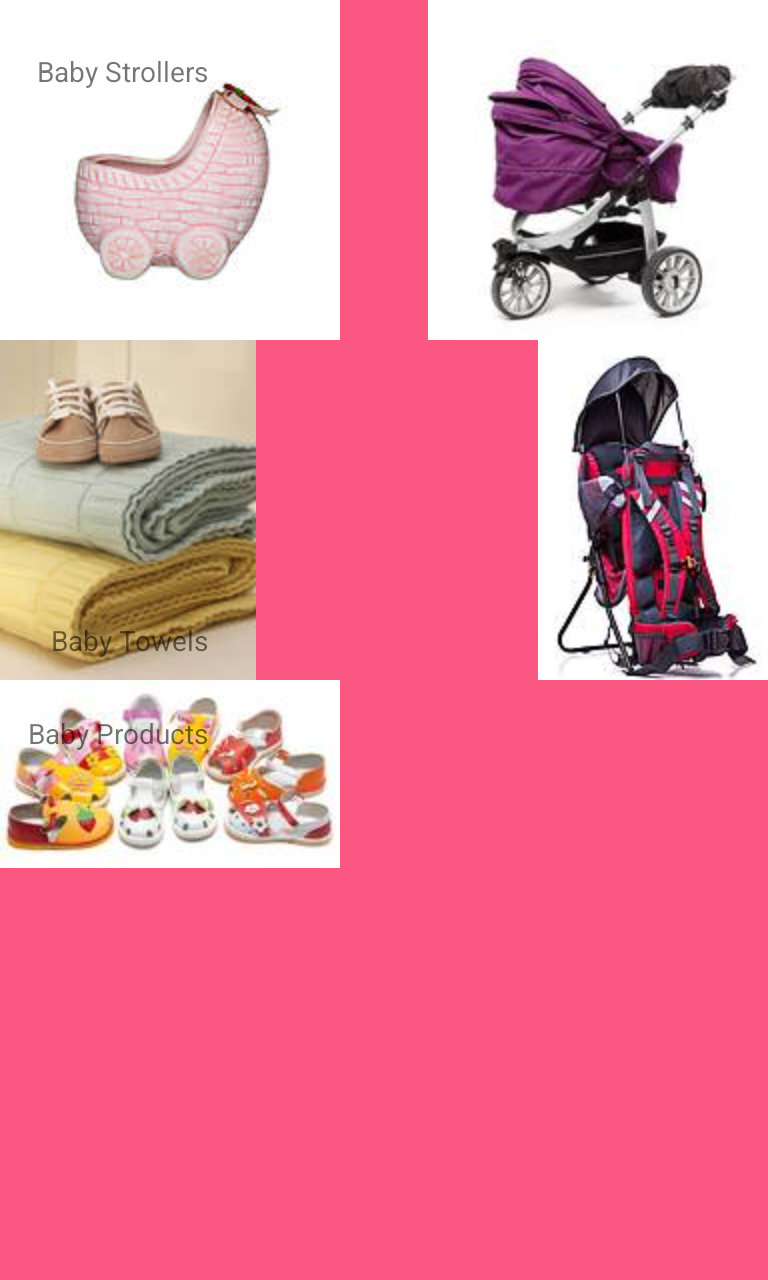
Repository: Clarenaliaka/code-challenge
Layout: ModernMum/res/layout/advert.xml
These files come from the project's save history. The layout is drawn as it stood at one moment and after the next save; the edit follows.
It is drawn on a 768 x 1280 px phone screen (xhdpi) without system bars, with theme AppTheme; the app's code is not run.

Above is the layout before, as saved 2014-08-03 11:02:48.

### ModernMum/res/layout/advert.xml
<?xml version="1.0" encoding="utf-8"?>
<RelativeLayout xmlns:android="http://schemas.android.com/apk/res/android"
    android:layout_width="match_parent"
    android:layout_height="fill_parent"
    android:background="@color/pink"
    android:orientation="vertical" >

    <ImageButton
        android:id="@+id/ibstroller"
        android:layout_width="wrap_content"
        android:layout_height="wrap_content"
        android:layout_alignParentLeft="true"
        android:layout_alignParentTop="true"
        android:background="@null"
        android:src="@drawable/co" />

    <ImageButton
        android:id="@+id/ibbaby"
        android:layout_width="wrap_content"
        android:layout_height="wrap_content"
        android:layout_alignParentRight="true"
        android:layout_alignParentTop="true"
        android:background="@null"
        android:src="@drawable/baby" />

     <ImageButton
         android:id="@+id/ibnipo"
         android:layout_width="wrap_content"
         android:layout_height="wrap_content"
         android:layout_alignParentLeft="true"
         android:layout_below="@+id/ibstroller"
         android:background="@null"
         android:src="@drawable/clo"
         />

     <ImageButton
         android:id="@+id/ibca"
         android:layout_width="wrap_content"
         android:layout_height="wrap_content"
         android:layout_alignParentRight="true"
         android:layout_below="@+id/ibbaby"
         android:background="@null"
         android:src="@drawable/ca" />

     <ImageButton
         android:id="@+id/ibsa"
         android:layout_width="wrap_content"
         android:layout_height="wrap_content"
         android:layout_alignParentLeft="true"
         android:layout_below="@+id/ibnipo"
         android:background="@null"
         android:src="@drawable/sa" />

      <TextView
         android:id="@+id/textView1"
         android:layout_width="wrap_content"
         android:layout_height="wrap_content"
         android:layout_alignParentTop="true"
         android:layout_alignRight="@+id/ibnipo"
         android:layout_marginRight="24dp"
         android:layout_marginTop="26dp"
         android:text="@string/stroller" />

     <TextView
         android:id="@+id/textView2"
         android:layout_width="wrap_content"
         android:layout_height="wrap_content"
         android:layout_alignRight="@+id/textView1"
         android:layout_alignTop="@+id/ibsa"
         android:layout_marginTop="17dp"
         android:text="@string/baby" />

     <TextView
         android:id="@+id/textView3"
         android:layout_width="wrap_content"
         android:layout_height="wrap_content"
         android:layout_alignRight="@+id/textView2"
         android:layout_centerVertical="true"
         android:text="@string/nipo" />



</RelativeLayout>

### ModernMum/res/values/color.xml
<?xml version="1.0" encoding="utf-8"?>
<resources>
    <color name="green">#660</color>
<color name="white">#FFFFFF</color>
<color name="black">#000000</color>
<color name="red">#FA5858</color>
<color name="brown">#2A120A</color>
<color name="grew">#151515</color>
<color name="blue">#4E3B6F</color>
<color name="purple">#AA18A3</color>
<color name="darkbrown">#AA4B18</color>
<color name="orange">#ff6633</color>
<color name="lightpink">#FFB6C1</color>
<color name="pink">#FA5882</color>
</resources>

### ModernMum/res/values/strings.xml
<?xml version="1.0" encoding="utf-8"?>
<resources>

    <string name="app_name">ModernMum</string>
    <string name="btnregister">Register</string>
    <string name="action_settings">Settings</string>
    <string name="btnlogin">Login</string>
    <string name="first">First Name</string>
    <string name="last">Last Name</string>
    <string name="email">Email Address</string>
    <string name="Password">Password</string>
    <string name="phone">Phone Number</string>
    <string name="loce">Location</string>
    <string name="title_activity_register_screen">RegisterScreenActivity</string>
    <string name="hello_world">Hello world!</string>
    <string name="title_activity_login_screen">LoginScreenActivity</string>
    <string name="btnsubmit">Submit</string>
    <string name="btnback">back</string>
    <string name="des">show password</string>
    <string name="stroller">Baby Strollers</string>
    <string name="nipo">Baby Towels</string>
    <string name="diaper">Sandals</string>

    <string-array name="modern">
        <item>location</item>
        <item>Westlands</item>
        <item>Ngong road</item>
        <item>Loresho</item>
        <item>Kasarani</item>
        <item>Karen</item>
        <item>langata</item>
        <item>Mt.View</item>
        <item>Uthiru</item>
        <item>Parklands</item>
        <item>Upper Hill</item>
        <item>Nairobi West</item>
        <item>South B</item>
        <item>South C</item>
    </string-array>

    <string name="title_activity_advert_screen">AdvertScreenActivity</string>
    <string name="baby">Baby Products</string>
    <string name="title_activity_home_screen">HomeScreenActivity</string>
    <string name="btnadvert">Advertise</string>
    <string name="btnchat">Chat</string>
    <string name="btntips">Tips</string>
    <string name="btnbuy">Buy</string>
    <string name="title_activity_chat">ChatActivity</string>
    <string name="title_activity_contact_screen">ContactScreenActivity</string>

</resources>

Loaded but not shown: ModernMum/res/values/styles.xml (common file); ModernMum/res/values-v11/styles.xml (common file); ModernMum/res/values-v14/styles.xml (common file)

After the next save:
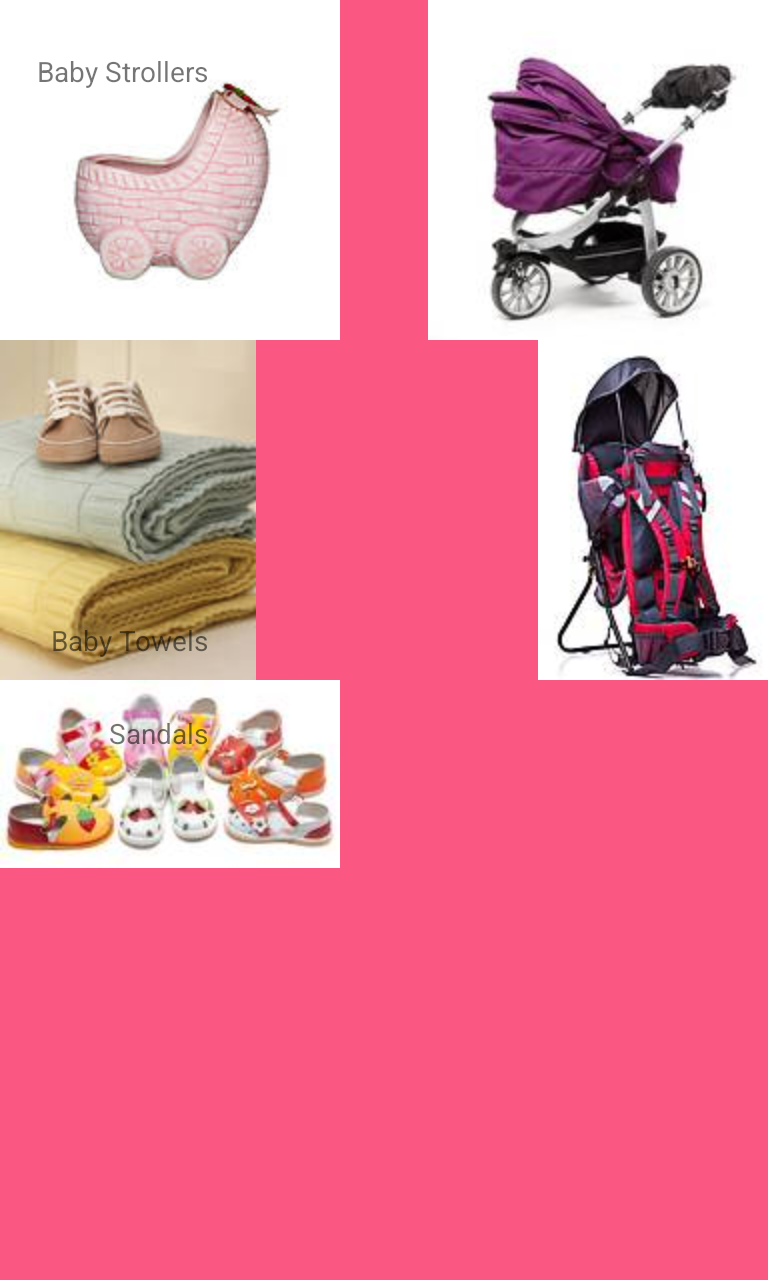
Saved 24 s later.
--- a/ModernMum/res/layout/advert.xml
+++ b/ModernMum/res/layout/advert.xml
@@ -68,7 +68,7 @@
          android:layout_alignRight="@+id/textView1"
          android:layout_alignTop="@+id/ibsa"
          android:layout_marginTop="17dp"
-         android:text="@string/baby" />
+         android:text="@string/diaper" />
 
      <TextView
          android:id="@+id/textView3"
